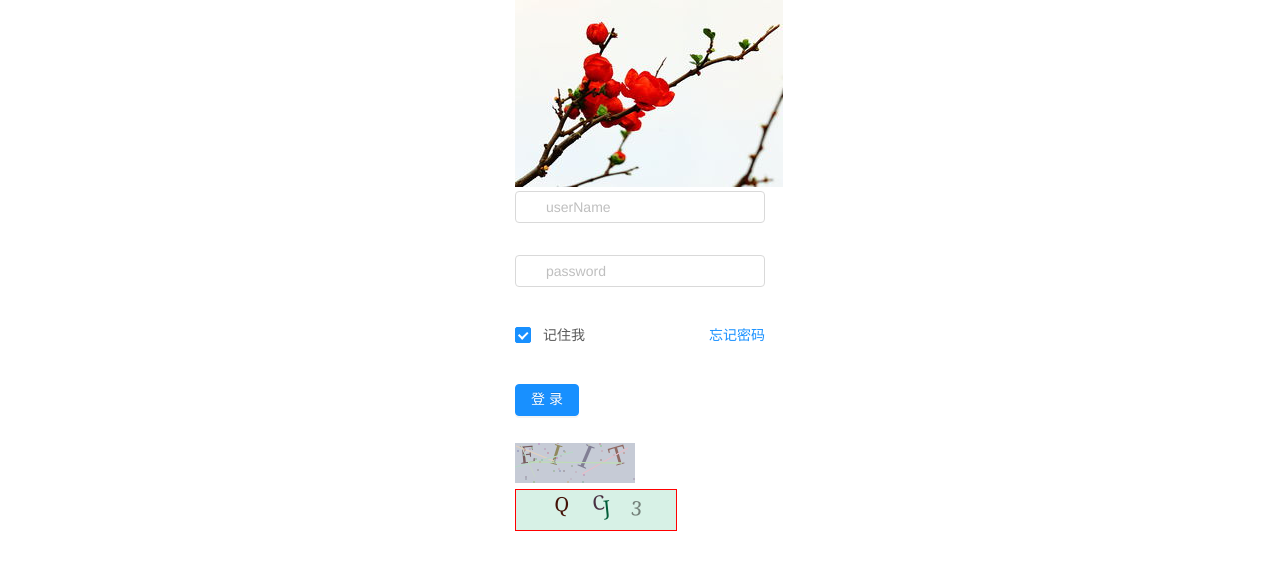
Repository: zhongdm/vue-vuex-antd
Page: /#/login
These files come from the project's save history. The page is drawn as it stood at one moment and after the next save; the edit follows.
The browser window is 1280 px wide. The pictures show the whole page.
The project was rebuilt for these pictures with package versions that can differ from the ones it lists, and the page was loaded fresh each time.

Above is the page before, as saved 2019-03-15 15:43:11.

### index.html
<!DOCTYPE html>
<html>
  <head>
    <meta charset="utf-8">
    <meta name="viewport" content="width=device-width,initial-scale=1.0">
    <title>vue-vuex-antd</title>
  </head>
  <body>
    <div id="app"></div>
    <!-- built files will be auto injected -->
  </body>
</html>

### src/main.js
// The Vue build version to load with the `import` command
// (runtime-only or standalone) has been set in webpack.base.conf with an alias.
import Vue from 'vue'
import App from './App'
import router from './router'
import TestPlugin from './plugins-custom/TestPlugin'
import Antd from 'ant-design-vue'
import 'ant-design-vue/dist/antd.css'

Vue.config.productionTip = false
Vue.use(TestPlugin)
Vue.use(Antd)

/* eslint-disable no-new */
new Vue({
  el: '#app',
  router,
  components: { App },
  template: '<App/>'
})

### src/App.vue
<template>
  <div id="app">
    <router-view/>
  </div>
</template>

<script>
export default {
  name: 'App'
}
</script>

<style>
#app {
  font-family: 'Avenir', Helvetica, Arial, sans-serif;
  -webkit-font-smoothing: antialiased;
  -moz-osx-font-smoothing: grayscale;
  /* text-align: center; */
  color: #2c3e50;
  /* margin-top: 60px; */
}
</style>

### src/router/index.js
import Vue from 'vue'
import Router from 'vue-router'

Vue.use(Router)

const router = new Router({
  routes: [
    {
      path: '/login',
      name: 'Login',
      component: () => import('@/pages/Login')
    },
    {
      path: '/',
      component: () => import('@/pages/MainLayout'),
      children: [
        {
          path: '',
          component: () => import('@/pages/home/Info')
        },
        {
          path: 'settings',
          component: () => import('@/pages/settings/Settings'),
          children: [
            {
              path: '',
              redirect: 'user'
            },
            {
              path: 'user',
              name: 'User',
              component: () => import('@/pages/settings/User')
            },
            {
              path: 'role',
              name: 'Role',
              component: () => import('@/pages/settings/Role')
            }
          ]
        }
      ]
    }
  ]
})

// router.beforeEach((to, from, next) => {
//   console.log(to.path, from)
//   next()
// })
export default router

### src/plugins-custom/TestPlugin.js
let TestPlugin = {}
TestPlugin.install = function (Vue, options) {
  Vue.istest = function () {
    console.log('plugin test success')
  }
  Vue.prototype.logining = function () {
    console.log('loging')
  }
}

export default TestPlugin

### src/pages/Login.vue
<template>
  <div class="form-container">
    <img src="@/assets/images/plum.jpg">
    <a-form>
      <a-form-item>
        <a-input
          placeholder="userName">
          <a-icon slot="prefix" type="user"></a-icon>
        </a-input>
      </a-form-item>
      <a-form-item>
        <a-input
          placeholder="password">
          <a-icon slot="prefix" type="lock"></a-icon>
        </a-input>
      </a-form-item>
      <a-form-item>
        <a-checkbox :checked="isRemember" @change="toggleRemember" class="username-remember">
          记住我
        </a-checkbox>
        <a href="" class="login-password-forgot">忘记密码</a>
      </a-form-item>
      <a-form-item>
        <a-button type="primary" @click="handleLogin">登录</a-button>
      </a-form-item>
    </a-form>
    <ImgVerify @imgCode="imgCode" ref="imgVerify"/>
    <CustomVal />
  </div>
</template>

<script>
export default {
  data () {
    return {
      isRemember: true
    }
  },
  mounted () {
  },
  methods: {
    handleLogin () {
      this.$router.push('/')
    },
    toggleRemember () {
      this.isRemember = !this.isRemember
    },
    imgCode (code) {
      console.log(code)
    },
    handleClick () {
      this.$refs.imgVerify.draw()
    }
  },
  components: {
    ImgVerify: () => import('@/components/ValidationCode'),
    CustomVal: () => import('@/components/CustomValidationCode')
  }
}
</script>

<style lang="stylus" scoped>
  .form-container
    width 250px
    margin 0 auto
    .username-remember
      float left
    .login-password-forgot
      float right
</style>

### src/components/ValidationCode.vue
<template>
  <div class="img-verify">
    <canvas
      ref="verify"
      :width="width"
      :height="height"
      @click="handleDraw"></canvas>
  </div>
</template>

<script type="text/ecmascript-6">
  export default {
    data() {
      return {
        pool: 'ABCDEFGHIJKLMNOPQRSTUVWXYZ1234567890', // 字符串
        width: 120,
        height: 40
      }
    },
    mounted() {
      this.draw()
    },
    methods: {
      // 1.随机数
      randomNum(min, max) {
        return parseInt(Math.random() * (max - min) + min)
      },
      // 2.随机颜色
      randomColor(min, max) {
        const r = this.randomNum(min, max)
        const g = this.randomNum(min, max)
        const b = this.randomNum(min, max)
        return `rgb(${r},${g},${b})`
      },
      // 点击图片重新绘制
      handleDraw() {
        this.draw()
      },
      // 绘制图片
      draw() {
        // 3.填充背景颜色，背景颜色要浅一点
        const ctx = this.$refs.verify.getContext('2d')
        // 填充颜色
        ctx.fillStyle = this.randomColor(180, 230)
        // 填充的位置
        ctx.fillRect(0, 0, this.width, this.height)
        // 定义paramText
        let imgCode = ''
        // 4.随机产生字符串，并且随机旋转
        for (let i = 0; i < 4; i++) {
          // 随机的四个字
          const text = this.pool[this.randomNum(0, this.pool.length)]
          imgCode += text
          // 随机的字体大小
          const fontSize = this.randomNum(18, 40)
          // 字体随机的旋转角度
          const deg = this.randomNum(-30, 30)
          /*
           * 绘制文字并让四个文字在不同的位置显示的思路 :
           * 1、定义字体
           * 2、定义对齐方式
           * 3、填充不同的颜色
           * 4、保存当前的状态（以防止以上的状态受影响）
           * 5、平移translate()
           * 6、旋转 rotate()
           * 7、填充文字
           * 8、restore出栈
           * */
          ctx.font = fontSize + 'px Simhei'
          ctx.textBaseline = 'top'
          ctx.fillStyle = this.randomColor(80, 150)
          /*
           * save() 方法把当前状态的一份拷贝压入到一个保存图像状态的栈中。
           * 这就允许您临时地改变图像状态，
           * 然后，通过调用 restore() 来恢复以前的值。
           * save是入栈，restore是出栈。
           * 用来保存Canvas的状态。save之后，可以调用Canvas的平移、放缩、旋转、错切、裁剪等操作。 restore：用来恢复Canvas之前保存的状态。防止save后对Canvas执行的操作对后续的绘制有影响。
           *
           * */
          ctx.save()
          ctx.translate(30 * i + 15, 15)
          ctx.rotate(deg * Math.PI / 180)
          // fillText() 方法在画布上绘制填色的文本。文本的默认颜色是黑色。
          // 请使用 font 属性来定义字体和字号，并使用 fillStyle 属性以另一种颜色/渐变来渲染文本。
          // context.fillText(text,x,y,maxWidth);
          ctx.fillText(text, -15 + 5, -15)
          ctx.restore()
        }
        // 5.随机产生5条干扰线,干扰线的颜色要浅一点
        for (let i = 0; i < 5; i++) {
          ctx.beginPath()
          ctx.moveTo(this.randomNum(0, this.width), this.randomNum(0, this.height))
          ctx.lineTo(this.randomNum(0, this.width), this.randomNum(0, this.height))
          ctx.strokeStyle = this.randomColor(180, 230)
          ctx.closePath()
          ctx.stroke()
        }
        // 6.随机产生40个干扰的小点
        for (let i = 0; i < 40; i++) {
          ctx.beginPath()
          ctx.arc(this.randomNum(0, this.width), this.randomNum(0, this.height), 1, 0, 2 * Math.PI)
          ctx.closePath()
          ctx.fillStyle = this.randomColor(150, 200)
          ctx.fill()
        }
        // 将生成的四个字传递给父组件
        this.$emit('imgCode', imgCode)
      }
    }
  }
</script>
<style type="text/css">
  .img-verify canvas {
    cursor: pointer;
  }
</style>

### src/components/CustomValidationCode.vue
<template>
  <div>
    <canvas @click="handleCanvasClick" id="canvas"
    width="160" height="40">

    </canvas>
  </div>
</template>

<script>
export default {
  name: 'ValidationCode',
  data () {
    return {
      baseData: 'ABCDEFGHIJKLMNOPQRSTUWVXYZ1234567890'
    }
  },
  mounted () {
    this.draw()
  },
  methods: {
    draw () {
      let canvas = document.getElementById('canvas')
      let cxt = canvas.getContext('2d')
      let canvasWidth = canvas.width
      let canvasHeight = canvas.height
      cxt.clearRect(0, 0, 160, 40)
      cxt.font = "20px Georgia"
      /**
       * 随机的位置
       * 随机的文本text
       * 随机的旋转角度
       * 随机的字体大小和颜色
       */

      /**
       * 随机填充的数字和字母
       * Math.random() * 26 + 65
       */
      // let text = String.fromCharCode(this.getIntRandom(26, 'A'.charCodeAt()))
      // cxt.rotate(this.getIntRandom(30) * Math.PI / 180)
      // cxt.fillText(text, 60, 20)
      /**
       * 随机背景颜色
       */
      cxt.fillStyle = this.randomColor(180, 250)
      cxt.fillRect(0, 0, 160, 40)
      /**
       * 随机的小圆点
       */
      for (let m = 0; m < 40; m++) {

      }
      for (let i = 0; i < 4; i++) {
        cxt.save()
        let text = this.randomStr(this.baseData)
        let angle = this.getIntRandom(20, -10)
        let pointX = this.getIntRandom(100, angle > 0 ? 30 : 0)
        let pointY = this.getIntRandom(20, angle > 0 ? 10 : 20)
        console.log(text, angle, pointX, pointY)
        // cxt.translate(pointX, pointY)
        cxt.rotate(angle * Math.PI / 180)
        cxt.fillStyle = this.randomColor(0, 150)
        cxt.fillText(text, pointX, pointY)
        cxt.restore()
      }
    },
    getIntRandom (len, start = 0) {
      return Math.floor(Math.random() * (len)) + start
    },
    randomColor (min, max) {
      const r = Math.random() * (max - min) + min
      const g = Math.random() * (max - min) + min
      const b = Math.random() * (max - min) + min
      return `rgb(${r}, ${g}, ${b})`
    },
    randomStr (data) {
      return data[this.getIntRandom(data.length)]
    },
    handleCanvasClick () {
      console.log('clicked')
      this.draw()
    }
  }
}
</script>

<style lang="stylus" scoped>
#canvas {
  // width 160px
  // height 40px
  border 1px solid red
}
</style>

After the next save:
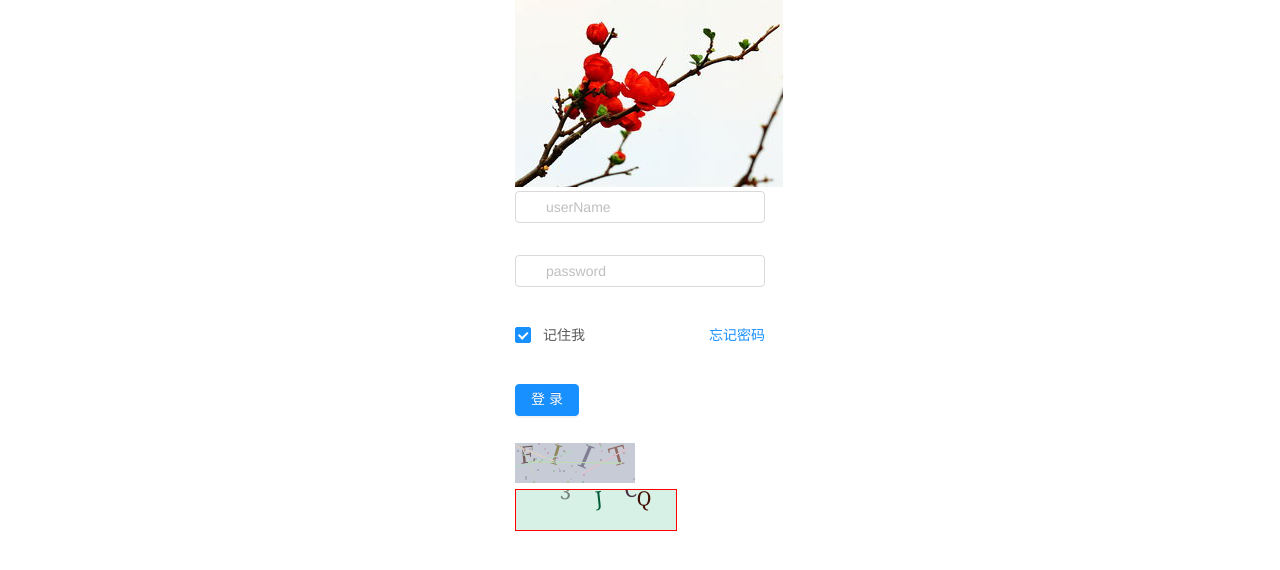
Saved 5 min 55 s later.
--- a/src/components/CustomValidationCode.vue
+++ b/src/components/CustomValidationCode.vue
@@ -51,12 +51,14 @@ export default {
       for (let m = 0; m < 40; m++) {
 
       }
+      let startX = 0
       for (let i = 0; i < 4; i++) {
         cxt.save()
         let text = this.randomStr(this.baseData)
         let angle = this.getIntRandom(20, -10)
-        let pointX = this.getIntRandom(100, angle > 0 ? 30 : 0)
-        let pointY = this.getIntRandom(20, angle > 0 ? 10 : 20)
+        let pointX = this.getIntRandom(canvasWidth / 4, angle > 0 ? startX + 10 : startX)
+        startX = pointX
+        let pointY = this.getIntRandom(20, angle > 0 ? 0 : 10)
         console.log(text, angle, pointX, pointY)
         // cxt.translate(pointX, pointY)
         cxt.rotate(angle * Math.PI / 180)
